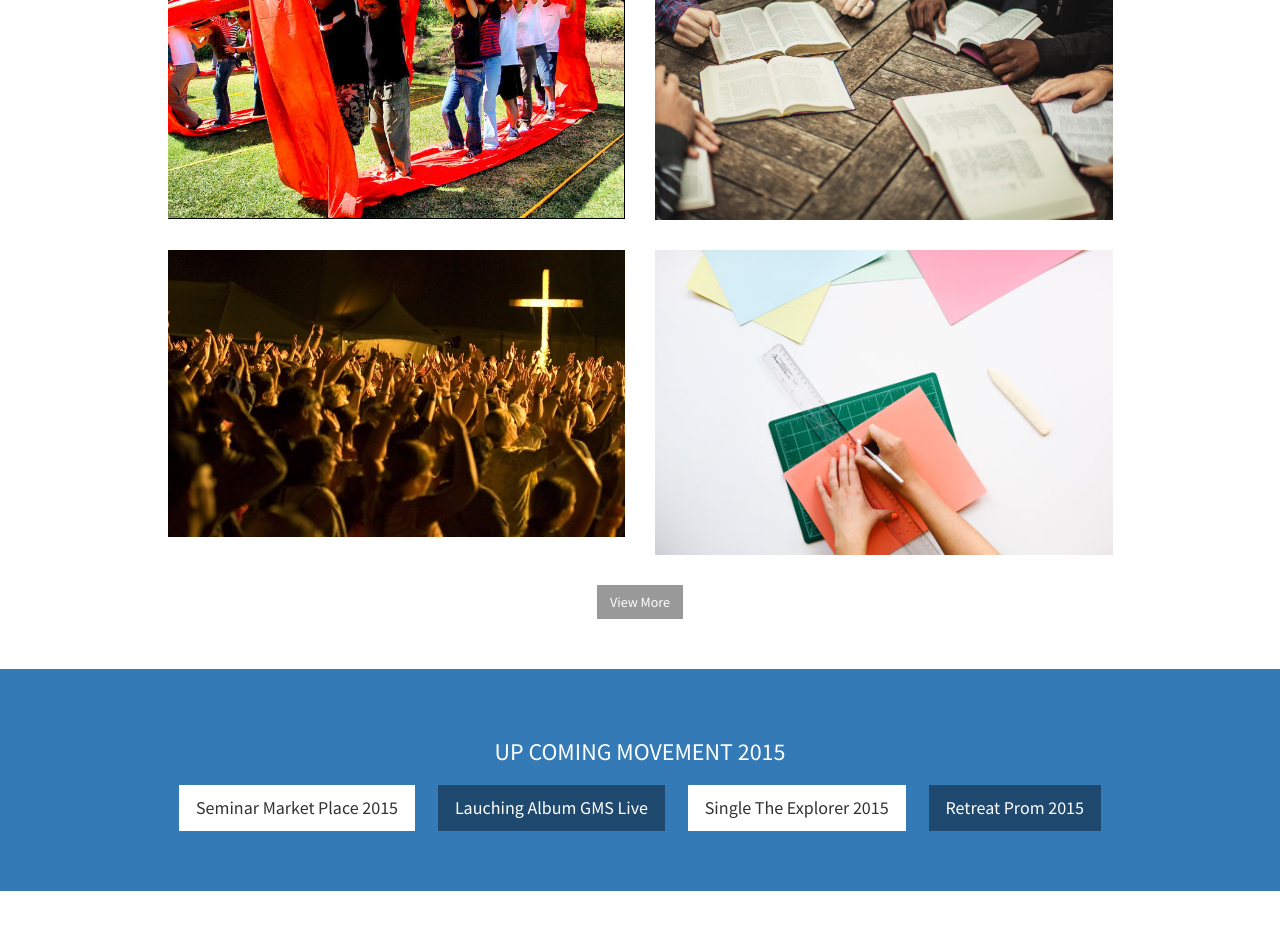
Repository: satriyoministry/revolutioncamp
Page: index.html
The author's editor kept a record of every edit. The page is drawn from the files as they stood at one moment, then again after the next edit.
The browser window is 1280 px wide. The pictures show the part of the page from y = 2053 to 3005 px (the page is 3945 px tall before and 3927 px after).
Pictures or frames that could not be fetched are drawn as grey boxes.

Above is the page before.

After the next edit:
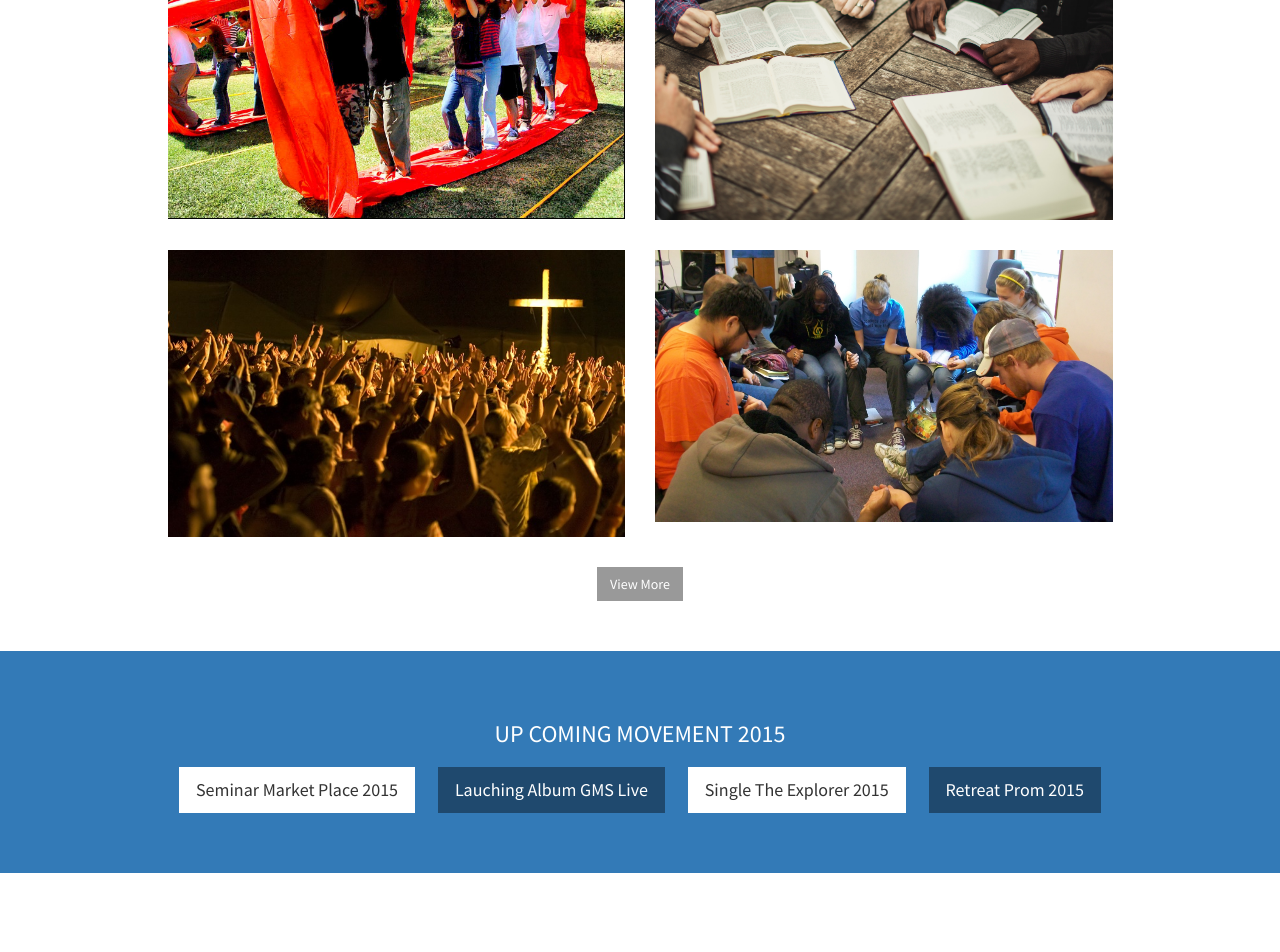
The edit:
--- a/index.html
+++ b/index.html
@@ -182,7 +182,7 @@
                         <div class="col-md-6">
                             <div class="portfolio-item">
                                 <a href="#">
-                                    <img class="img-portfolio img-responsive" src="img/4a.jpg">
+                                    <img class="img-portfolio img-responsive" src="img/4.jpg">
                                 </a>
                             </div>
                         </div>
